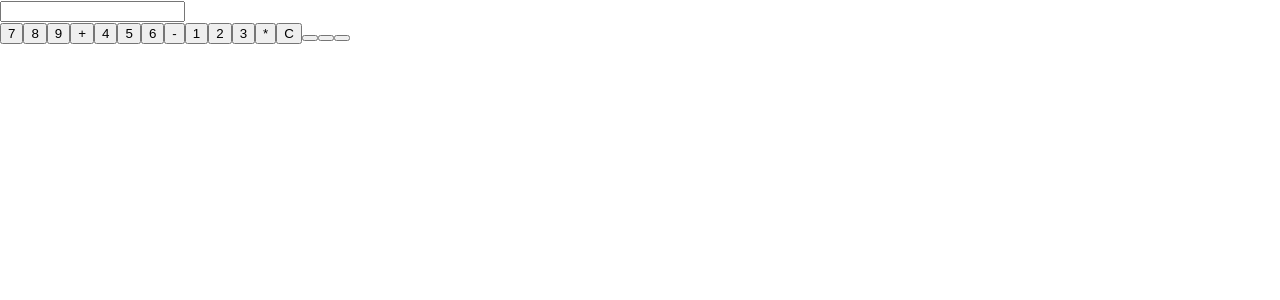
Repository: rajratangm/calculator
Page: /
An editor plug-in stored every save of this project. The page is shown before and after a run of saves, followed by the edit.
The browser window is 1280 px wide. The pictures show the whole page.
The project was rebuilt for these pictures with package versions that can differ from the ones it lists, and the page was loaded fresh each time. Also part of the build but not shown: src/App.css.

Above is the page before, as saved 2024-04-03 10:58:05.

### src/App.js
import logo from './logo.svg';
import './App.css';
import { useState } from 'react';

function App() {
  const [result, setResult]= useState('')
  return (
    <>
    <div className='container'>
      <form>
        <input type='text' value={result}/>
      </form>
      <div className='keypad'>
        <button>7</button>
        <button>8</button>
        <button>9</button>
        <button>+</button>

        <button>4</button>
        <button>5</button>
        <button>6</button>
        <button>-</button>

        <button>1</button>
        <button>2</button>
        <button>3</button>
        <button>*</button>

        <button>C</button>
        <button></button>
        <button></button>
        <button></button>

      </div>
    </div>

    </>
  );
}

export default App;

Loaded but not shown: public/index.html (common file); src/index.js (common file); src/index.css (common file); src/reportWebVitals.js (common file)

After the next 3 saves:
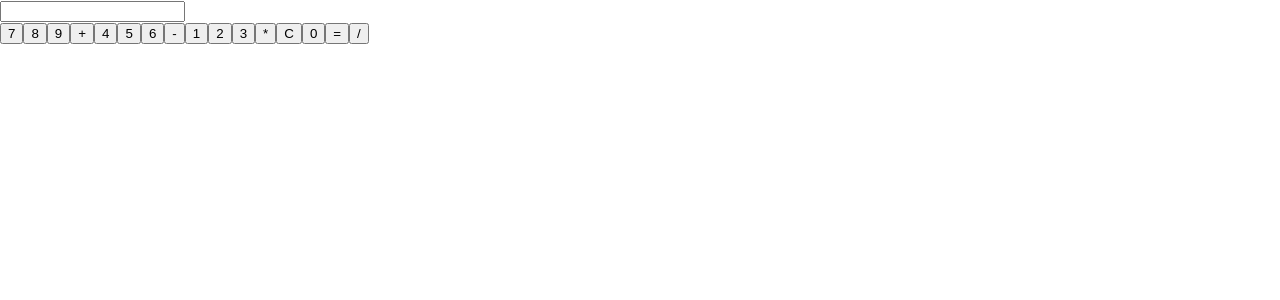
The 3 saves are shown as one change because they came seconds apart.
The last was saved 12 s later.
--- a/src/App.js
+++ b/src/App.js
@@ -27,9 +27,9 @@ function App() {
         <button>*</button>
 
         <button>C</button>
-        <button></button>
-        <button></button>
-        <button></button>
+        <button>0</button>
+        <button>=</button>
+        <button>/</button>
 
       </div>
     </div>
